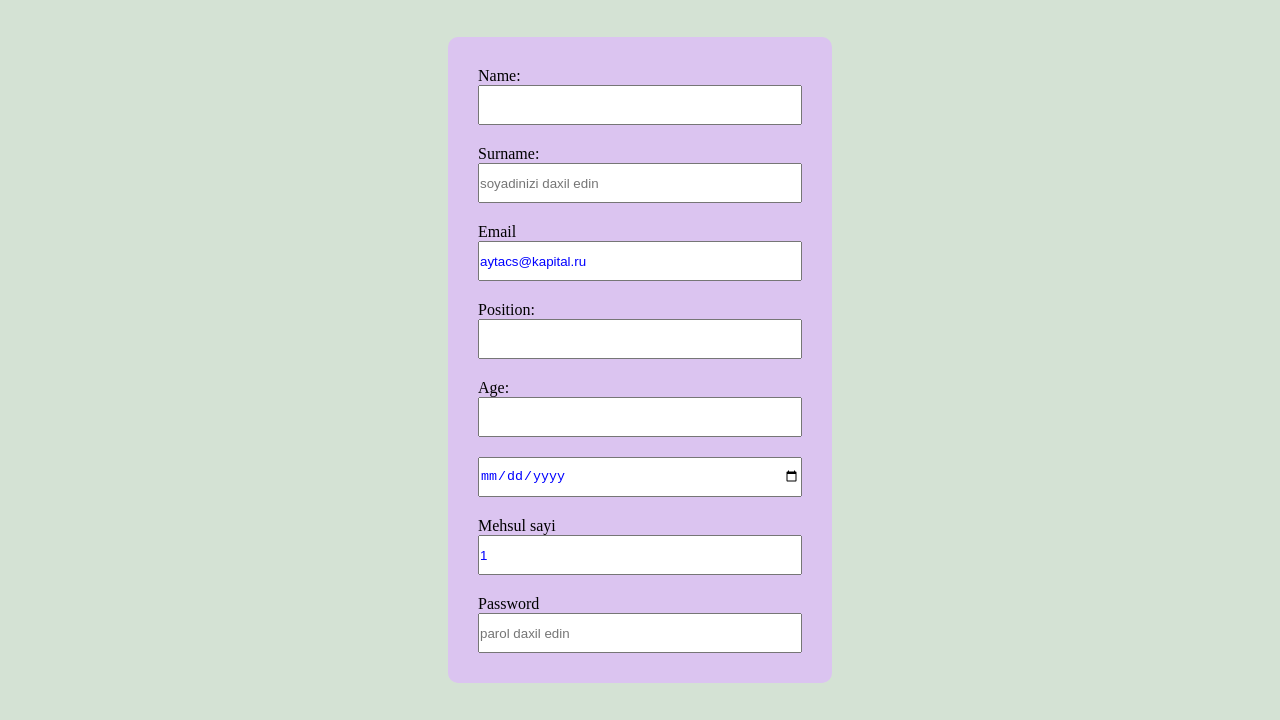
Repository: AytacSafarova/Form-lesson
Page: index.html
These files come from the project's save history. The page is drawn as it stood at one moment and after a run of saves; the edit follows.
The browser window is 1280 px wide. The pictures show the whole page.

Above is the page before, as saved 2023-08-29 14:44:56.

### index.html
<!DOCTYPE html>
<html lang="en">
<head>
    <meta charset="UTF-8">
    <meta name="viewport" content="width=device-width, initial-scale=1.0">
    <title>Document</title>
    <link rel="stylesheet" href="./index.css">
</head>
<body>
    <div>
        <form action="https://randomuser.me/api/">
            <label for="">
                Name:
                <input type="text" name="user-name">
            </label>
            <label for="">
                Surname:
                <input placeholder="soyadinizi daxil edin" type="text">
            </label>
            <label for="">
             Email
                <input placeholder="emaili daxil edin" type="email" value="aytacs@kapital.ru">
            </label>
            <label for="">
                Position:
                <input type="text">
            </label>
            <label for="">
                Age:
                <input type="number">
            </label>
            <label for="">
                <input type="date">
            </label>
            <label for="">
                Mehsul sayi
                <input placeholder="mehsul sayini daxil edin" type="number" value="1">
            </label>

            <label for="">
               Password
                <input placeholder="parol daxil edin" type="password" >
            </label>
        </form>
    </div>
</body>
</html>

### index.css
*{
    margin: 0;
    padding: 0;
    box-sizing: border-box;
}
div{
    background-color: #D4E2D4;
   min-height: 100vh;
   width: 100%;
   display: flex;
   justify-content: center;
   align-items: center;
}
form{
    width: 30%;
    padding: 30px;
    background-color: #DBC4F0;
    border-radius: 10px;
    display: flex;
    flex-direction: column;
    gap: 20px;
}
input{
width: 100%;
height: 40px;
color: blue;
}

After the next 4 saves:
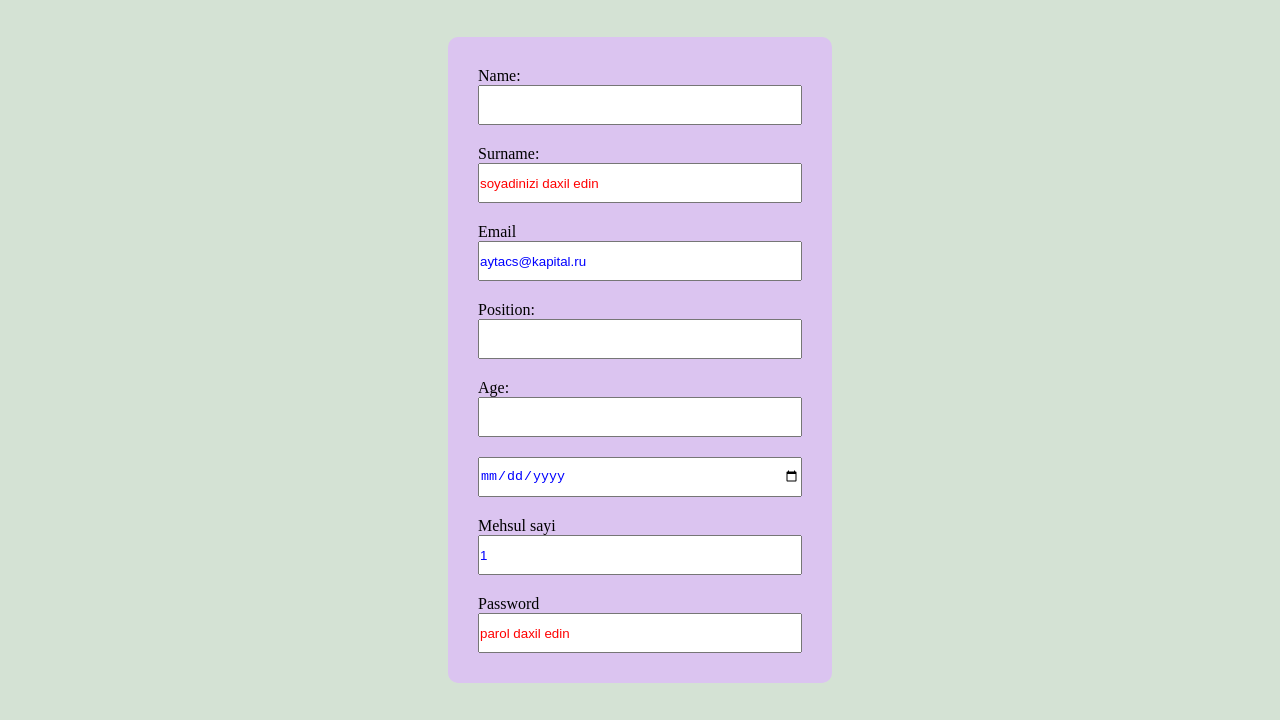
The 4 saves are shown as one change because they came seconds apart.
The last was saved 16 s later.
--- a/index.css
+++ b/index.css
@@ -25,3 +25,7 @@ width: 100%;
 height: 40px;
 color: blue;
 }
+
+input::placeholder{
+    color: red;
+}
